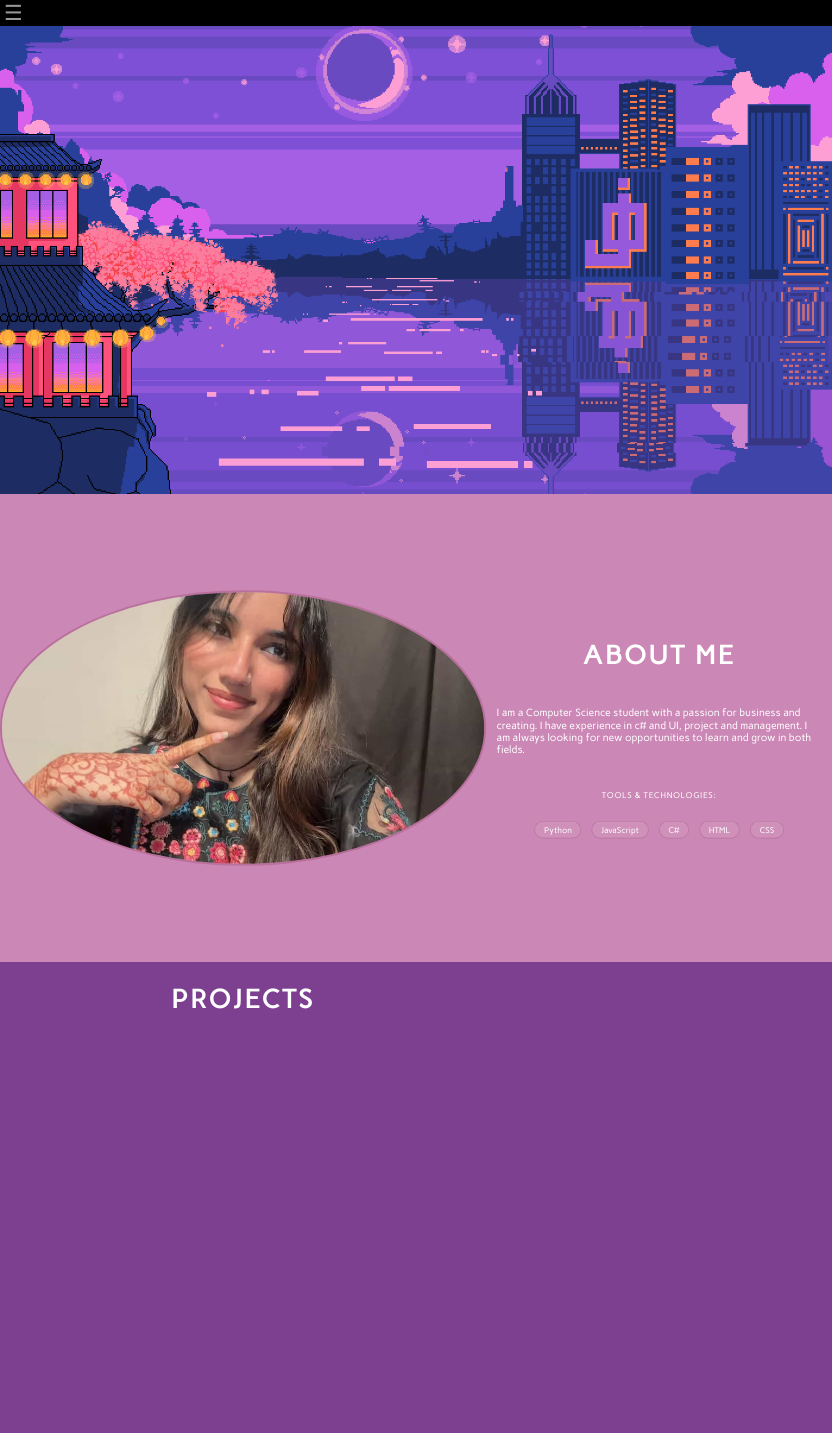
Repository: Rameen-A/Rameen-A
Page: index.html
The author's editor kept a copy of each file at every save. The page is drawn from the files as they stood at one save, then again after the next save.
The browser window is 1280 px wide. The pictures show the whole page, at 65% of full size.

Above is the page before, as saved 2026-05-05 14:20:18.

After the next save:
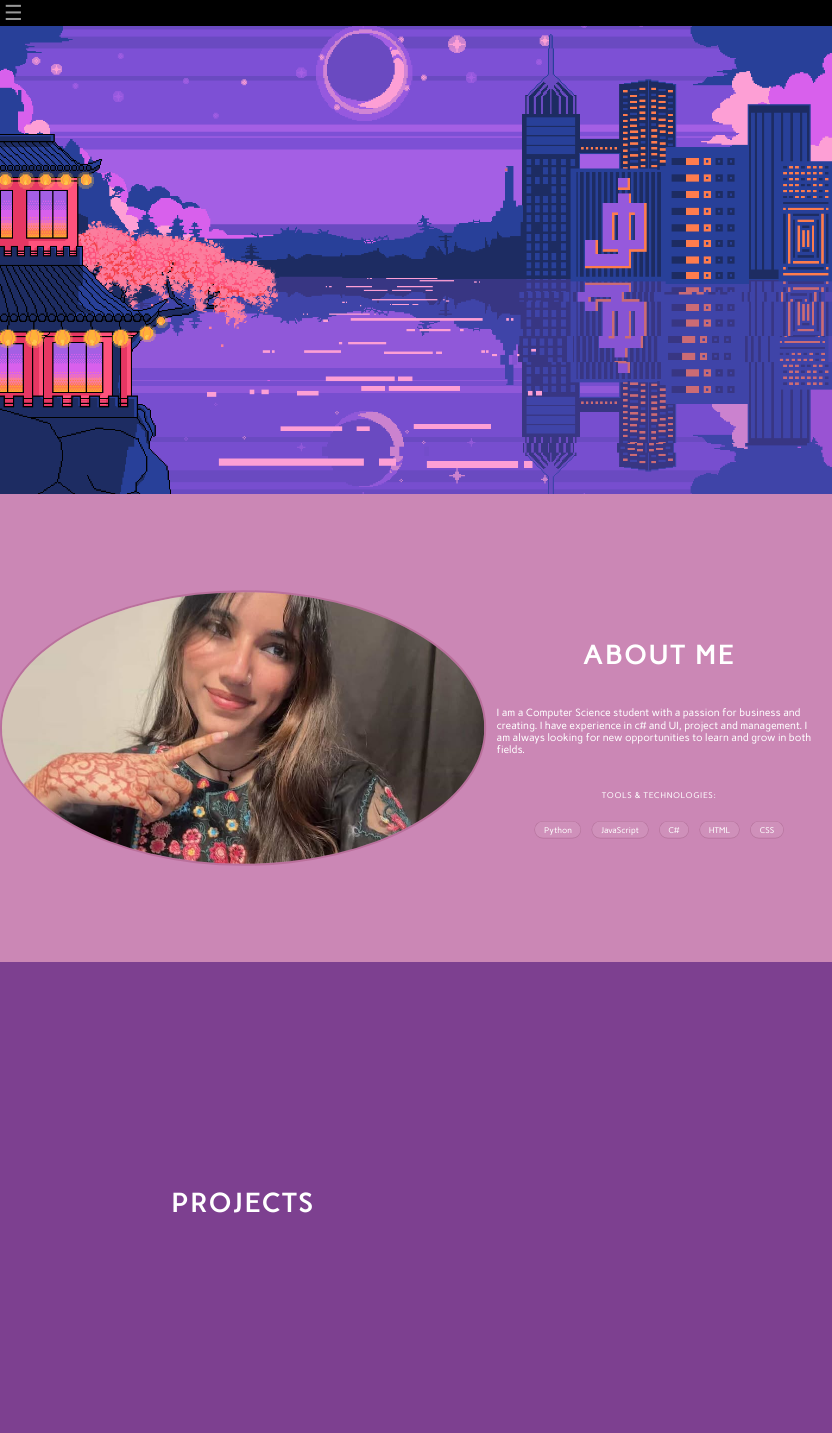
Saved 106 s later.
--- a/styles/index.css
+++ b/styles/index.css
@@ -123,6 +123,8 @@ article {
   justify-content: center;
   min-height: 100vh;
   background-color: rgb(125, 64, 144);
+  align-items: center;
+  min-height: 100vh;
 }
 .projects h2 {
   font-size: 1.75rem;
